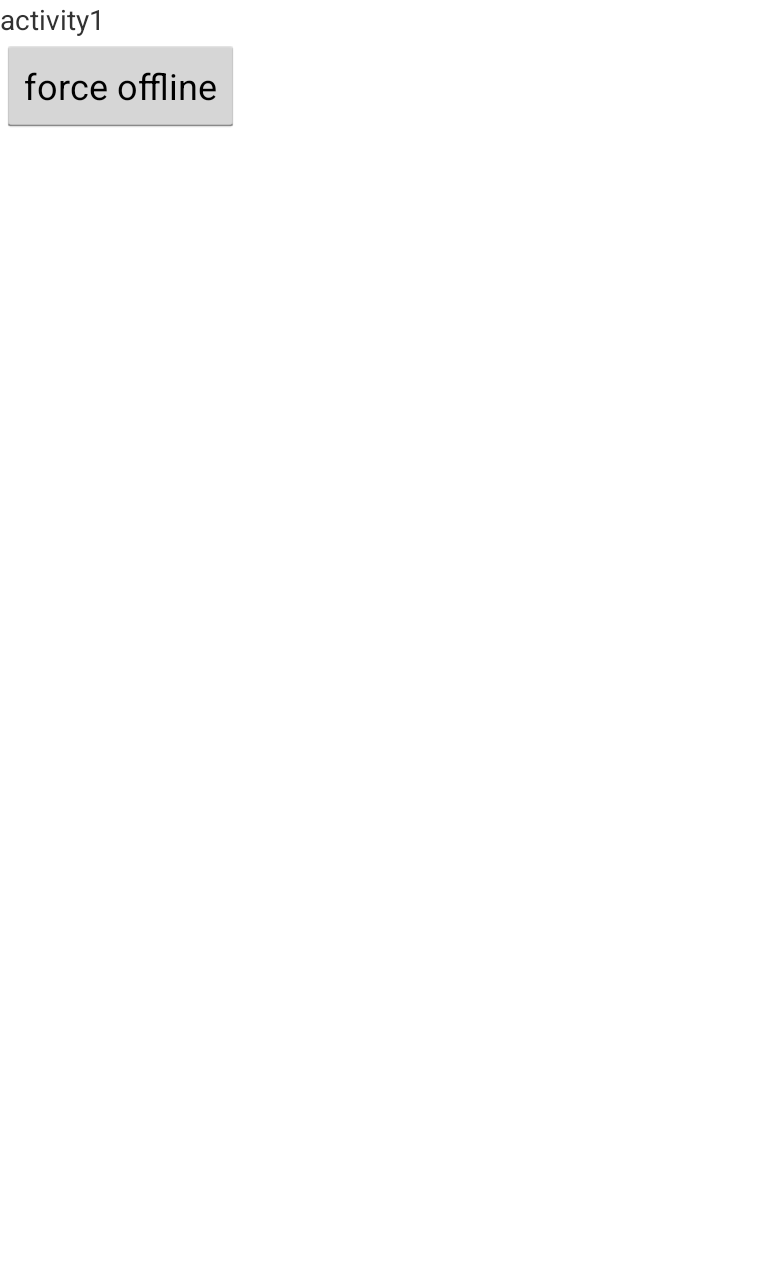
Repository: xingchenxuanfeng/MyStudyForAndroid
Layout: ForceOffline/res/layout/activity1.xml
An editor plug-in stored every save of this project. The layout is shown before and after the next save, followed by the edit.
It is drawn on a 768 x 1280 px phone screen (xhdpi) without system bars, with theme AppTheme; the app's code is not run.

Above is the layout before, as saved 2015-06-14 11:51:07.

### ForceOffline/res/layout/activity1.xml
<?xml version="1.0" encoding="utf-8"?>
<LinearLayout xmlns:android="http://schemas.android.com/apk/res/android"
    android:layout_width="match_parent"
    android:layout_height="match_parent"
    android:orientation="vertical" >

    <TextView
        android:id="@+id/textView1"
        android:layout_width="wrap_content"
        android:layout_height="wrap_content"
        android:text="activity1" />

    <Button
        android:id="@+id/button1"
        android:layout_width="wrap_content"
        android:layout_height="wrap_content"
        android:text="force offline" />

</LinearLayout>

Loaded but not shown: ForceOffline/res/values/styles.xml (common file); ForceOffline/res/values-v11/styles.xml (common file); ForceOffline/res/values-v14/styles.xml (common file)

After the next save:
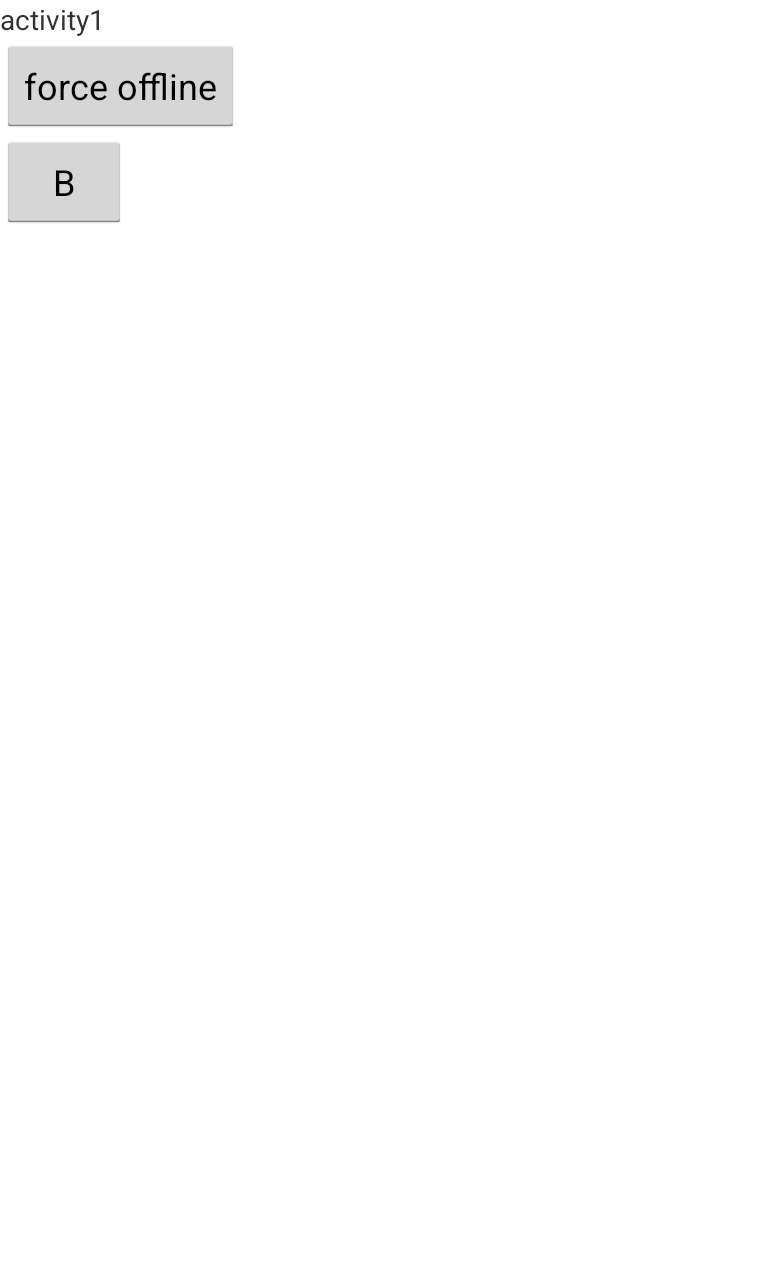
Saved 17 s later.
--- a/ForceOffline/res/layout/activity1.xml
+++ b/ForceOffline/res/layout/activity1.xml
@@ -16,4 +16,10 @@
         android:layout_height="wrap_content"
         android:text="force offline" />
 
+    <Button
+        android:id="@+id/button2"
+        android:layout_width="wrap_content"
+        android:layout_height="wrap_content"
+        android:text="B" />
+
 </LinearLayout>
